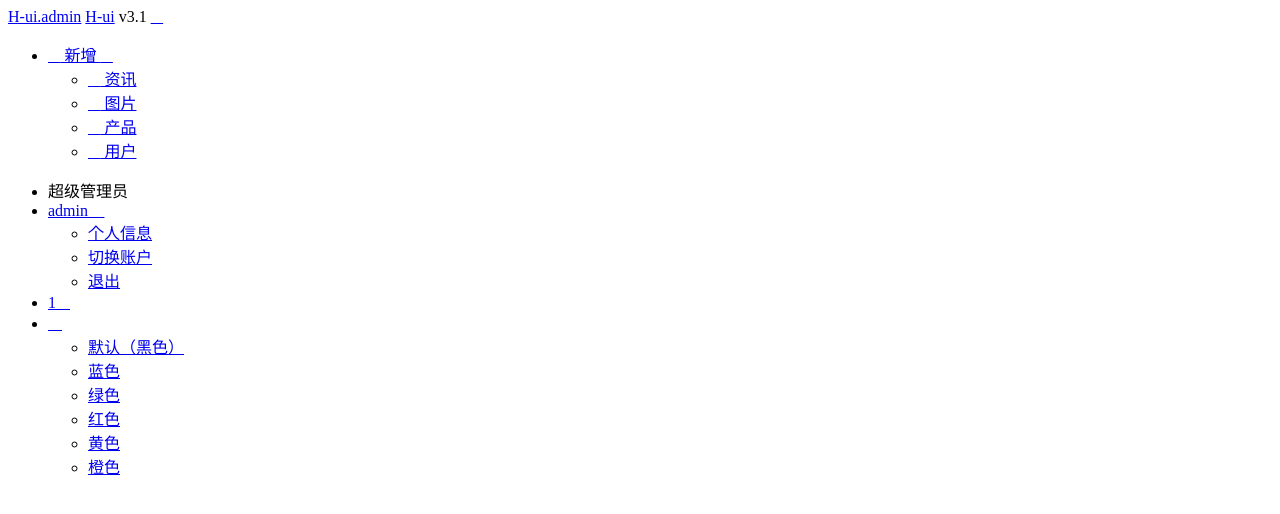
Repository: Cfang2017/2nanle
Page: application/admin/view/public/_header.html
These files come from the project's save history. The page is drawn as it stood at one moment and after the next save; the edit follows.
The browser window is 1280 px wide. The pictures show the whole page.

Above is the page before, as saved 2019-09-12 17:44:17.

After the next save:
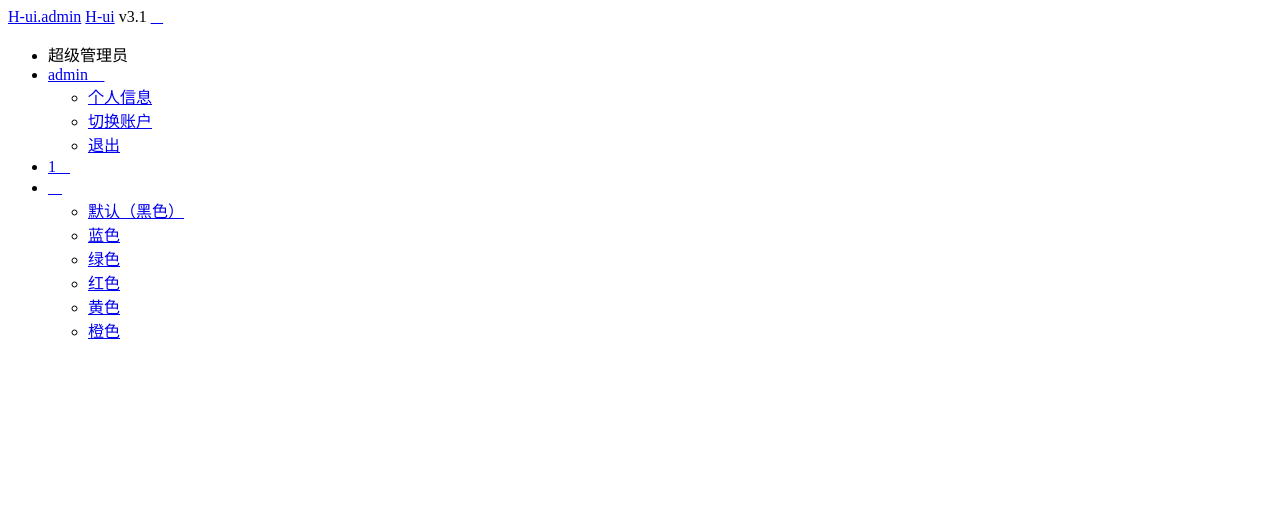
Saved 23 s later.
--- a/application/admin/view/public/_header.html
+++ b/application/admin/view/public/_header.html
@@ -1,18 +1,7 @@
 <header class="navbar-wrapper">
 	<div class="navbar navbar-fixed-top">
 		<div class="container-fluid cl"> <a class="logo navbar-logo f-l mr-10 hidden-xs" href="/aboutHui.shtml">H-ui.admin</a> <a class="logo navbar-logo-m f-l mr-10 visible-xs" href="/aboutHui.shtml">H-ui</a> <span class="logo navbar-slogan f-l mr-10 hidden-xs">v3.1</span> <a aria-hidden="false" class="nav-toggle Hui-iconfont visible-xs" href="javascript:;">&#xe667;</a>
-			<nav class="nav navbar-nav">
-				<ul class="cl">
-					<li class="dropDown dropDown_hover"><a href="javascript:;" class="dropDown_A"><i class="Hui-iconfont">&#xe600;</i> 新增 <i class="Hui-iconfont">&#xe6d5;</i></a>
-						<ul class="dropDown-menu menu radius box-shadow">
-							<li><a href="javascript:;" onclick="article_add('添加资讯','article-add.html')"><i class="Hui-iconfont">&#xe616;</i> 资讯</a></li>
-							<li><a href="javascript:;" onclick="picture_add('添加资讯','picture-add.html')"><i class="Hui-iconfont">&#xe613;</i> 图片</a></li>
-							<li><a href="javascript:;" onclick="product_add('添加资讯','product-add.html')"><i class="Hui-iconfont">&#xe620;</i> 产品</a></li>
-							<li><a href="javascript:;" onclick="member_add('添加用户','member-add.html','','510')"><i class="Hui-iconfont">&#xe60d;</i> 用户</a></li>
-						</ul>
-					</li>
-				</ul>
-			</nav>
+
 			<nav id="Hui-userbar" class="nav navbar-nav navbar-userbar hidden-xs">
 				<ul class="cl">
 					<li>超级管理员</li>
